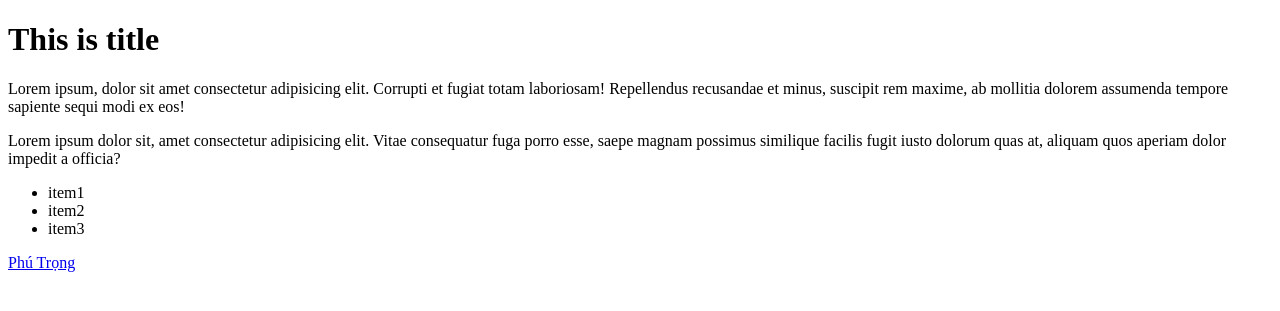
Repository: zRush1202/LoginPage-demo
Page: index.html
These files come from the project's save history. The page is drawn as it stood at one moment and after the next save; the edit follows.
The browser window is 1280 px wide. The pictures show the whole page.

Above is the page before, as saved 2023-08-09 21:27:02.
Console error: TypeError: Cannot read properties of null (reading 'removeAttribute')

### index.html

<!DOCTYPE html>
<html lang="en">
<head>
    <meta charset="UTF-8">
    <meta name="viewport" content="width=device-width, initial-scale=1.0">
    <title>Document</title>
</head>
<body>
    <h1>
        This is title
    </h1>
    <div>Lorem ipsum, dolor sit amet consectetur adipisicing elit. Corrupti et fugiat totam laboriosam! Repellendus recusandae et minus, suscipit rem maxime, ab mollitia dolorem assumenda tempore sapiente sequi modi ex eos!</div>
    <p id = "#spinner" style="red"> Lorem ipsum dolor sit, amet consectetur adipisicing elit. Vitae consequatur fuga porro esse, saepe magnam possimus similique facilis fugit iusto dolorum quas at, aliquam quos aperiam dolor impedit a officia?</p>
    <ul>
        <li class="item item1"> item1</li>
        <li class="item item2"> item2 </li>
        <li class="item item3"> item3 </li>
    </ul>
    <a href="https://evondev.com" target="_blank" class="link">Phú Trọng</a>
    <script src="dom/properties_method.js"></script>
</body>
</html>

### dom/properties_method.js
//1. selector.getAttribute("attribute")
const link = document.querySelector(".link");
console.log(link.getAttribute("href"));

const li = document.querySelectorAll(".item");
li.forEach((item) => {
    console.log(item.getAttribute("class"));
});
console.log(li);

//2. seletor.setAttribute("attribute", value)
link.setAttribute("target", "_blank");
const listLinks = document.querySelectorAll("a.link");
listLinks.forEach(item => item.setAttribute("target", "_blank"));

//3.
const p = document.getElementById("spinner");
p.removeAttribute("style");

//4. hasAttribute("attribute") => kiểm tra selector có attribute hay k

After the next save:
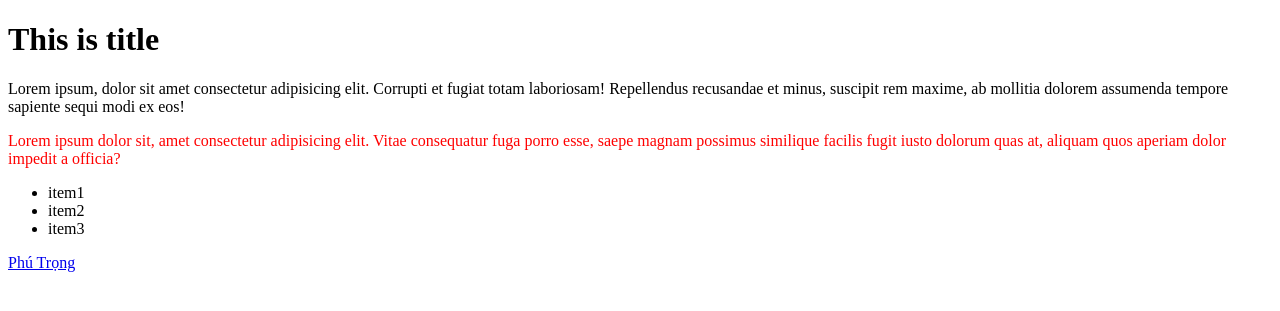
Saved 32 s later.
--- a/index.html
+++ b/index.html
@@ -11,7 +11,7 @@
         This is title
     </h1>
     <div>Lorem ipsum, dolor sit amet consectetur adipisicing elit. Corrupti et fugiat totam laboriosam! Repellendus recusandae et minus, suscipit rem maxime, ab mollitia dolorem assumenda tempore sapiente sequi modi ex eos!</div>
-    <p id = "#spinner" style="red"> Lorem ipsum dolor sit, amet consectetur adipisicing elit. Vitae consequatur fuga porro esse, saepe magnam possimus similique facilis fugit iusto dolorum quas at, aliquam quos aperiam dolor impedit a officia?</p>
+    <p id = "#spinner" style="color:red"> Lorem ipsum dolor sit, amet consectetur adipisicing elit. Vitae consequatur fuga porro esse, saepe magnam possimus similique facilis fugit iusto dolorum quas at, aliquam quos aperiam dolor impedit a officia?</p>
     <ul>
         <li class="item item1"> item1</li>
         <li class="item item2"> item2 </li>

After the save that followed:
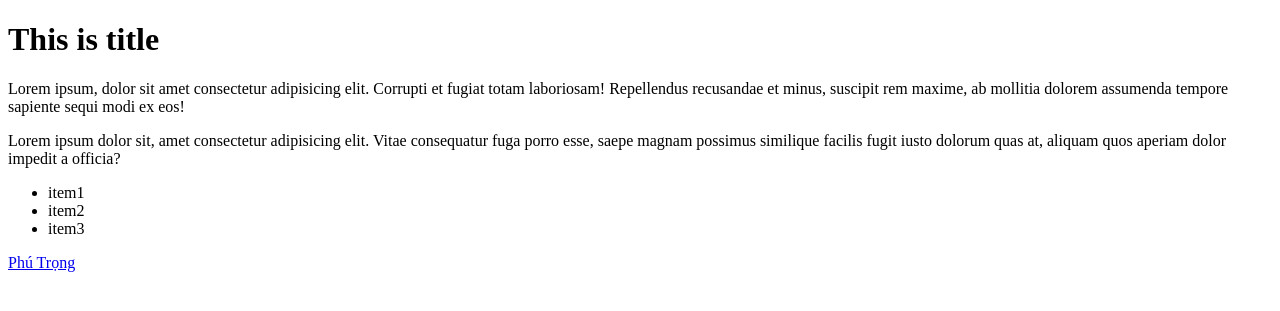
The error is gone.
Saved 13 s later.
--- a/dom/properties_method.js
+++ b/dom/properties_method.js
@@ -14,7 +14,7 @@ const listLinks = document.querySelectorAll("a.link");
 listLinks.forEach(item => item.setAttribute("target", "_blank"));
 
 //3.
-const p = document.getElementById("spinner");
+const p = document.getElementById("#spinner");
 p.removeAttribute("style");
 
 //4. hasAttribute("attribute") => kiểm tra selector có attribute hay k
